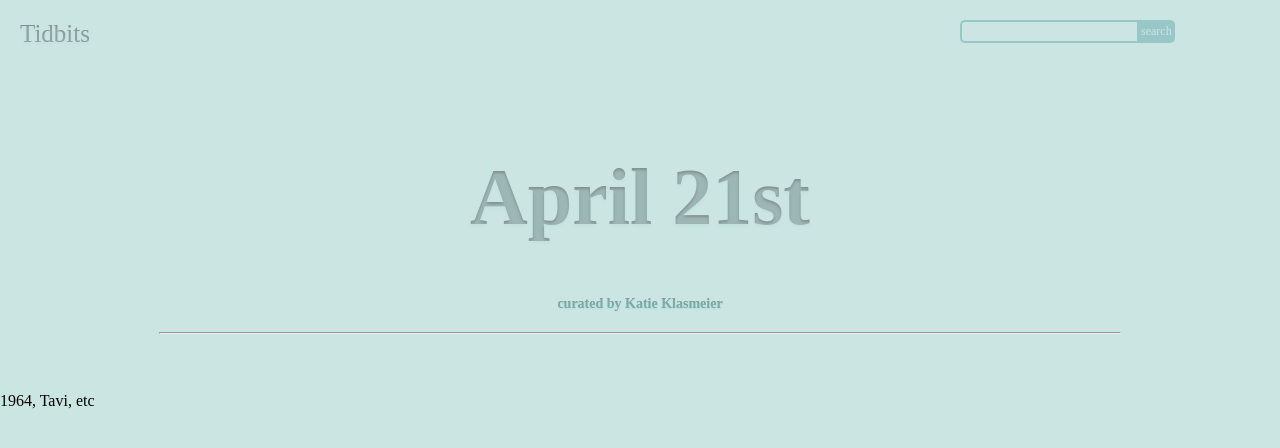
Repository: kklasmei/kklasmei.github.io
Page: tidbits/april21.html
The author's editor kept a record of every edit. The page is drawn from the files as they stood at one moment, then again after the next edit.
The browser window is 1280 px wide. The pictures show the whole page.

Above is the page before.

### tidbits/april21.html
<html>
    <head>
        <title>April 21</title>
        <link rel="stylesheet" href="tidbits.css">
    </head>
    <body>
    <div id="search">
		<form id="searchbody" method="get" action="http://kklasmei.github.io/tidbits/home.html">
		        <input type="text" class="bar" maxlength="70"><input type="submit" value="search" class="button">
		</form>
		    	<p1> Tidbits </p1>
	<div class="tfclear"></div>
	</div>
        <h1> April 21st </h1>
        <h2> curated by Katie Klasmeier </h2>
        <hr>
    	<br>
    	<p2>1964, Tavi, etc</p2>



    </body>
</html>

### tidbits/tidbits.css
h1 {
    text-align: center;
    font-size: 80;
    padding-top: 50;
    font-family: Archer;
    opacity: .6;
    background-color: #565656;
    color: transparent;
    text-shadow: 0px 2px 3px rgba(167,219,219,.5);
  -webkit-background-clip: text;
     -moz-background-clip: text;
          background-clip: text;
}

h2 {
    text-align: center;
    font-size: 14;
    font-family: Archer;
    opacity: .6;
    background-color: #565656;
    padding-bottom: 8;
    color: transparent;
    text-shadow: 0px 1px 2px rgba(68,219,219,.5);
  -webkit-background-clip: text;
     -moz-background-clip: text;
          background-clip: text;
}

body {
    background: #cbe5e3;
    margin: 0;
    padding: 0;
}

hr {
    margin-bottom: 40;
    width: 75%;
    color: #44dbdb;
    display: block;
    height: 0;
}

.submit {
    text-align: center;
}

.month, .day {
    display: inline;
}

.date {
    text-align: center;
}

#searchbody {
	float: right;
	padding-left: 75%;
	padding-top: 20px;
	margin-right: 20px;
	position: absolute;

}

.bar {
		margin: 0;
		padding: 2px 10px;
		font-family: Archer;
		font-size: 12px;
		border: 2px solid #99c7c8; border-right: 0px;
		border-top-left-radius: 5px 5px;
		border-bottom-left-radius: 5px 5px;
		background-color: transparent;
}

.bar:focus {
    outline: none;
}

.button {
		margin: 0;
		padding: 3px 3px;
		font-family: Archer;
		font-size: 12px;
		cursor: pointer;
		text-align: center;
		color: #cbe5e3;
		border: solid 1px #99c7c8; border-right:0px;
		background: #99c7c8;
		background: -webkit-gradient(linear, left top, left bottom, from(#99c7c8), to(#99c7c8));
		background: -moz-linear-gradient(top,  #99c7c8,  #99c7c8);
		border-top-right-radius: 5px 5px;
		border-bottom-right-radius: 5px 5px;
	}
	.tfbutton:hover {
		text-decoration: none;
		background: #99c7c8;
		background: -webkit-gradient(linear, left top, left bottom, from(#99c7c8), to(#99c7c8));
		background: -moz-linear-gradient(top,  #99c7c8,  #99c7c8);
	}
	/* Fixes submit button height problem in Firefox */
	.tfbutton::-moz-focus-inner {
	  border: 0;
	}
	.tfclear{
		clear:both;
	}

p1 {
    font-family: Archer-Bold;
    float: left;
    font-size: 25;
    padding-top: 20px;
    margin-left: 20px;
    opacity: .6;
    background-color: #565656;
    color: transparent;
    text-shadow: 0px 2px 3px rgba(167,219,219,.5);
  -webkit-background-clip: text;
     -moz-background-clip: text;
          background-clip: text;
}

p1, #searchbody {
    display: inline;
}

After the next edit:
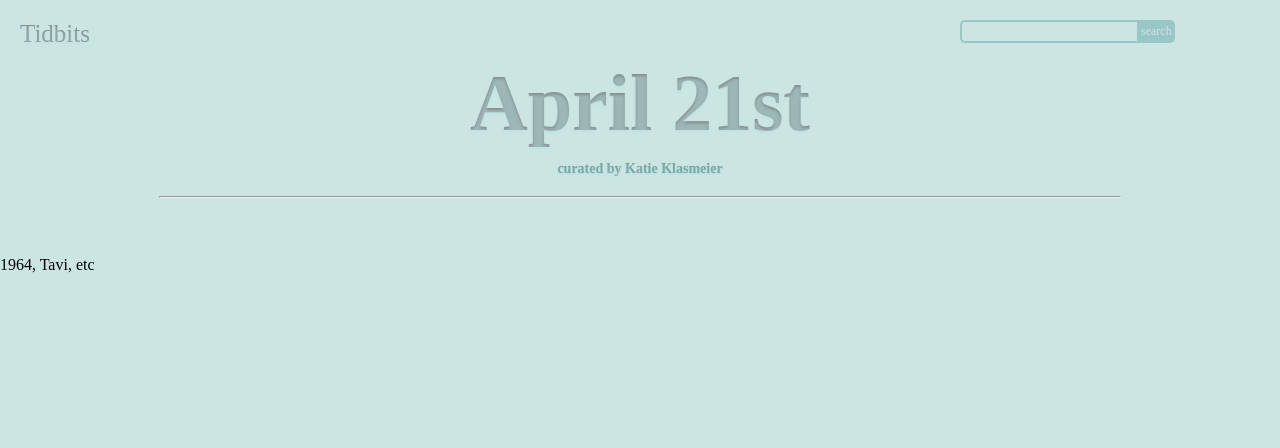
The edit:
--- a/tidbits/tidbits.css
+++ b/tidbits/tidbits.css
@@ -1,7 +1,8 @@
 h1 {
     text-align: center;
     font-size: 80;
-    padding-top: 50;
+    padding-top: 10;
+    margin: 0;
     font-family: Archer;
     opacity: .6;
     background-color: #565656;
